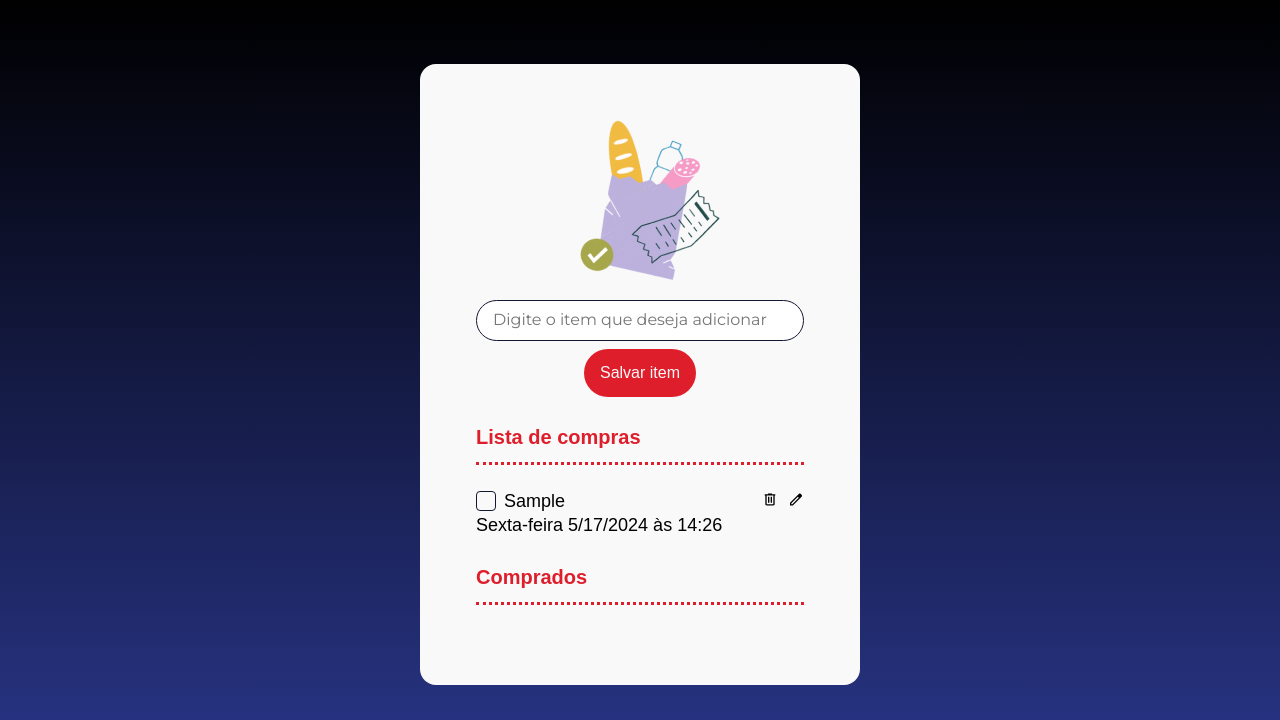
Repository: joaoPraiaJunior/compras_js
Page: index.html
The author's editor kept a copy of each file at every save. The page is drawn from the files as they stood at one save, then again after the next save.
The browser window is 1280 px wide. The pictures show the whole page.
Empty fields were first filled with sample values (such as "Sample", 5 or name@example.com).
After loading, the first visible `form.compras` was submitted once.
Some web fonts or font styles are not loaded; a fallback is used.

Above is the page before, as saved 2024-08-23 14:27:11.

After the next save:
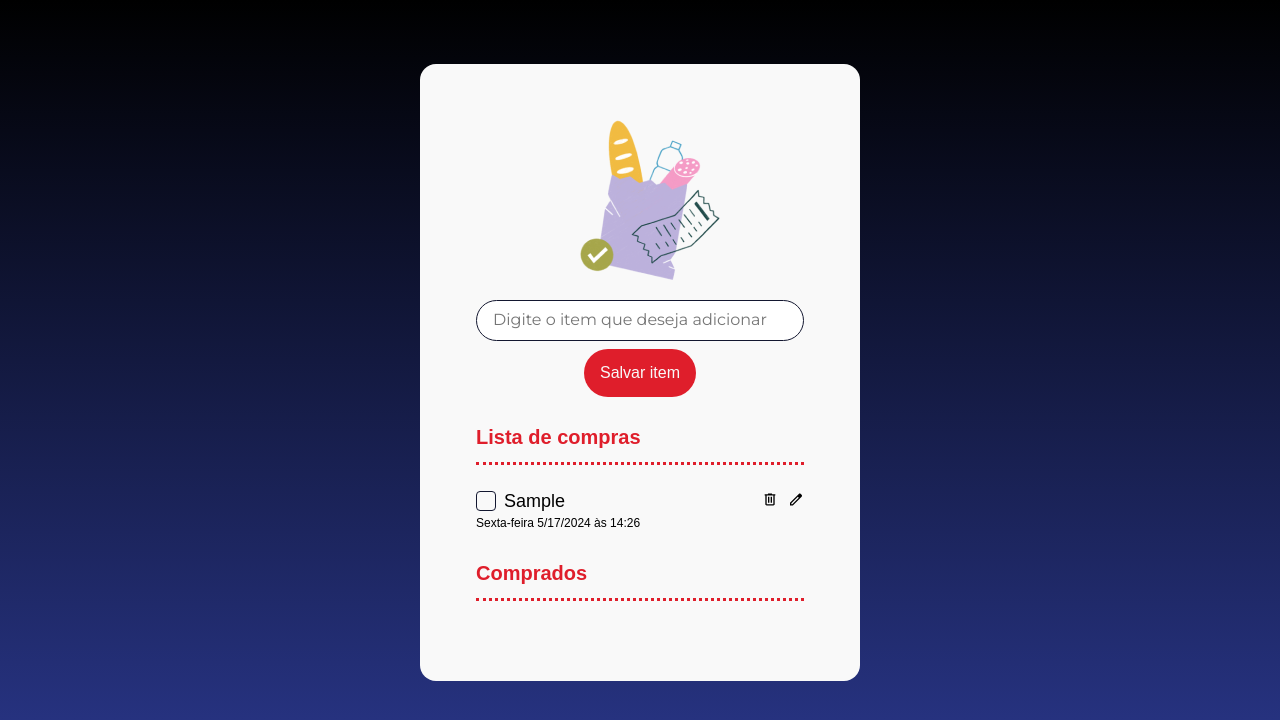
Saved 62 s later.
--- a/js/scripts.js
+++ b/js/scripts.js
@@ -49,6 +49,7 @@ function criarItemDaLista(itemDeCompra) {
     divBotao.classList.add('botao');
     botaoExcluir.classList.add('botao__excluir');
     botaoEditar.classList.add('botao__editar');
+    paragrafoData.classList.add('lista__data');
 
     labelDoCheckbox.setAttribute('for', `item-${contadorDeItens}`);
     labelDoCheckbox.dataset.js = 'label-do-checkbox';
